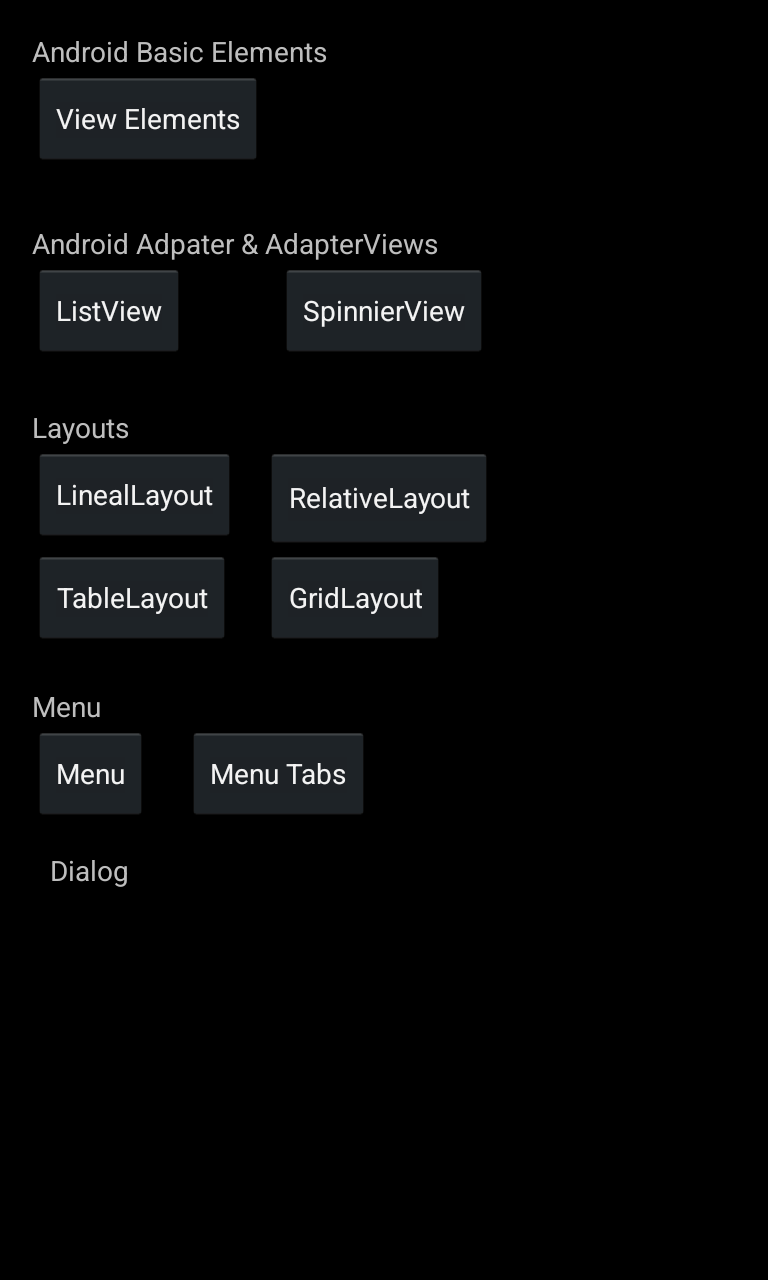
Repository: Amir13/Android_Basic_Steps
Layout: ViewElements/res/layout/activity_main_menu.xml
These files come from the project's save history. The layout is drawn as it stood at one moment and after the next save; the edit follows.
It is drawn on a 768 x 1280 px phone screen (xhdpi) without system bars, with theme android:Theme.Holo; the app's code is not run.

Above is the layout before, as saved 2014-05-27 04:32:59.

### ViewElements/res/layout/activity_main_menu.xml
<RelativeLayout xmlns:android="http://schemas.android.com/apk/res/android"
    xmlns:tools="http://schemas.android.com/tools"
    android:layout_width="match_parent"
    android:layout_height="match_parent"
    android:paddingBottom="@dimen/activity_vertical_margin"
    android:paddingLeft="@dimen/activity_horizontal_margin"
    android:paddingRight="@dimen/activity_horizontal_margin"
    android:paddingTop="@dimen/activity_vertical_margin"
    tools:context=".MainMenuActivity" >

    <TextView
        android:id="@+id/textView1"
        android:layout_width="wrap_content"
        android:layout_height="wrap_content"
        android:text="@string/viewElements" />

    <TextView
        android:id="@+id/textView2"
        android:layout_width="wrap_content"
        android:layout_height="wrap_content"
        android:layout_alignParentLeft="true"
        android:layout_below="@+id/buttonViewElements"
        android:layout_marginTop="29dp"
        android:text="@string/groupsView" />

    <Button
        android:id="@+id/buttonViewGroups"
        style="?android:attr/buttonStyleSmall"
        android:layout_width="wrap_content"
        android:layout_height="wrap_content"
        android:layout_alignParentLeft="true"
        android:layout_below="@+id/textView2"
        android:text="@string/buttonListView" />

    <Button
        android:id="@+id/buttonSpinnerViewGroup"
        style="?android:attr/buttonStyleSmall"
        android:layout_width="wrap_content"
        android:layout_height="wrap_content"
        android:layout_alignBaseline="@+id/buttonViewGroups"
        android:layout_alignBottom="@+id/buttonViewGroups"
        android:layout_centerHorizontal="true"
        android:text="@string/spinnierView" />

    <Button
        android:id="@+id/buttonViewElements"
        style="?android:attr/buttonStyleSmall"
        android:layout_width="wrap_content"
        android:layout_height="wrap_content"
        android:layout_alignParentLeft="true"
        android:layout_below="@+id/textView1"
        android:text="@string/buttonViewElements" />

    <TextView
        android:id="@+id/textView3"
        android:layout_width="wrap_content"
        android:layout_height="wrap_content"
        android:layout_alignLeft="@+id/buttonViewGroups"
        android:layout_below="@+id/buttonViewGroups"
        android:layout_marginTop="25dp"
        android:text="@string/layoutType" />

    <Button
        android:id="@+id/buttonLinealLayout"
        style="?android:attr/buttonStyleSmall"
        android:layout_width="wrap_content"
        android:layout_height="wrap_content"
        android:layout_alignLeft="@+id/textView3"
        android:layout_below="@+id/textView3"
        android:text="@string/LinealLayout" />

    <Button
        android:id="@+id/buttonRelativeLayout"
        style="?android:attr/buttonStyleSmall"
        android:layout_width="wrap_content"
        android:layout_height="wrap_content"
        android:layout_alignTop="@+id/buttonLinealLayout"
        android:layout_toRightOf="@+id/buttonViewElements"
        android:lines="2"
        android:text="@string/RelativeLayout" />

    <Button
        android:id="@+id/buttonTableLayout"
        style="?android:attr/buttonStyleSmall"
        android:layout_width="wrap_content"
        android:layout_height="wrap_content"
        android:layout_alignLeft="@+id/buttonLinealLayout"
        android:layout_below="@+id/buttonRelativeLayout"
        android:text="@string/TableLayout" />

    <Button
        android:id="@+id/buttonGridLayout"
        style="?android:attr/buttonStyleSmall"
        android:layout_width="wrap_content"
        android:layout_height="wrap_content"
        android:layout_alignBaseline="@+id/buttonTableLayout"
        android:layout_alignBottom="@+id/buttonTableLayout"
        android:layout_alignLeft="@+id/buttonRelativeLayout"
        android:text="@string/GridLayout" />

    <TextView
        android:id="@+id/textView4"
        android:layout_width="wrap_content"
        android:layout_height="wrap_content"
        android:layout_alignLeft="@+id/buttonTableLayout"
        android:layout_below="@+id/buttonTableLayout"
        android:layout_marginTop="21dp"
        android:text="@string/menu" />

    <Button
        android:id="@+id/buttonMenu"
        style="?android:attr/buttonStyleSmall"
        android:layout_width="wrap_content"
        android:layout_height="wrap_content"
        android:layout_alignLeft="@+id/textView4"
        android:layout_below="@+id/textView4"
        android:text="@string/menu" />

    <Button
        android:id="@+id/buttonMenuTabs"
        style="?android:attr/buttonStyleSmall"
        android:layout_width="wrap_content"
        android:layout_height="wrap_content"
        android:layout_alignBaseline="@+id/buttonMenu"
        android:layout_alignBottom="@+id/buttonMenu"
        android:layout_toRightOf="@+id/buttonViewGroups"
        android:text="@string/menu_tabs" />

    <TextView
        android:id="@+id/textDialog"
        android:layout_width="wrap_content"
        android:layout_height="wrap_content"
        android:layout_alignRight="@+id/textView3"
        android:layout_below="@+id/buttonMenu"
        android:layout_marginTop="15dp"
        android:text="@string/dialog" />

</RelativeLayout>

### ViewElements/res/values/strings.xml
<?xml version="1.0" encoding="utf-8"?>
<resources>

    <string name="app_name">Android Elements</string>

    <string-array name="Titles">
        <item>Just quotes</item>
        <item>Button &amp; Toggle button</item>
        <item>Checkbox &amp; Ratting Bar</item>
        <item>AutoCompleteTextView</item>
        <item>RadioGroup</item>
    </string-array>
    <string-array name="Quotes">
        <item>The menu was made with frames and the following options who the basic elements.</item>
        <item>As flies to wanton boys, are we to the gods; they kill us for their sport.</item>
        <item>There is a tide in the affairs of men, which taken at the flood, leads on to fortune. Omitted, all the voyage of their life is bound in shallows and in miseries.</item>
    </string-array>
    <string-array name="colors">
        <item>red</item>
        <item>orange</item>
        <item>yellow</item>
        <item>green</item>
        <item>blue</item>
        <item>indigo</item>
        <item>violet</item>
        <item>aqua</item>
        <item>black</item>
        <item>fuchsia</item>
        <item>gray</item>
        <item>grey</item>
        <item>lime</item>
        <item>maroon</item>
        <item>navy</item>
        <item>olive</item>
        <item>purple</item>
        <item>silver</item>
        <item>teal</item>
        <item>white</item>
    </string-array>

    <string name="button">Button</string>
    <string name="title_activity_invoking">InvokingActivity</string>
    <string name="menu_agenda">Agenda </string>
    <string name="menu_directions">Direction </string>
    <string name="menu_submenu">Submenu </string>
    <string name="submenu_opc1">Submenu 1 </string>
    <string name="menu_actionbar">ActionBar</string>
    <string name="submenu_actionbar">Submenu ActionBar</string>
    <string name="second_activity">This activity was invoked by a button!!</string>
    <string name="togglebutton">ToggleButton</string>
    <string name="checkbox">CheckBox Example</string>
    <string name="textview">Type a Country:</string>
    <string name="title_activity_list_view">ListView</string>
    <string name="viewElements">Android Basic Elements</string>
    <string name="groupsView">Android Adpater &amp; AdapterViews</string>
    <string name="title_activity_spinner_vg">SpinnerVG</string>
    <string name="spinner">Pick a Color. Any Color.</string>
    <string name="title_activity_main_menu">Android Elements</string>
    <string name="buttonViewElements">View Elements</string>
    <string name="buttonListView">ListView</string>
    <string name="spinnierView">SpinnierView</string>
    <string name="layoutType">Layouts</string>
    <string name="title_activity_lineal_layout">LinealLayoutActivity</string>
    <string name="hello_world">Hello world!</string>
    <string name="menu_description">Press and Hold this message to show the Context Menu</string>
    <string name="menu_description2">Push the menu button to display the second menu.</string>
    <string name="menu_description3">The ActionBar appear using "android:showAsAction="ifRoom|withText"". Rotate to portrait mode to see the difference.</string>
    <string name="LinealLayout">LinealLayout</string>
    <string name="RelativeLayout">RelativeLayout</string>
    <string name="title_activity_relative_layout">RelativeLayoutActivity</string>
    <string name="relativeLayoutDescription">In the RelativeLayout the elemetnts are arreged according the position of the other elements.</string>
    <string name="TableLayout">TableLayout</string>
    <string name="GridLayout">GridLayout</string>
    <string name="title_activity_table_layout">TableLayoutActivity</string>
    <string name="tableLayoutDescription">This layout is formed by &lt;TableRow> and inside each element define the column of its position. android:layout_column="1"</string>
    <string name="title_activity_grid_layout">GridLayoutActivity</string>
    <string name="title_activity_menu">MenuActivity</string>
    <string name="action_settings">Settings</string>
    <string name="menu">Menu</string>
    <string name="menu_context">Context Menu</string>
    <string name="menu_context_op1">Context Option 1</string>
    <string name="menu_context_op2">Context Option 2</string>
    <string name="menu_context_op3">Context Option 3</string>
    <string name="menu_fragment">fragment</string>
    <string name="menu_tabs">Menu Tabs</string>
    <string name="title_activity_manu_activity_tabs">ManuActivityTabs</string>
    <string name="dialog">Dialog</string>

</resources>

Loaded but not shown: ViewElements/res/values/dimens.xml (common file)

After the next save:
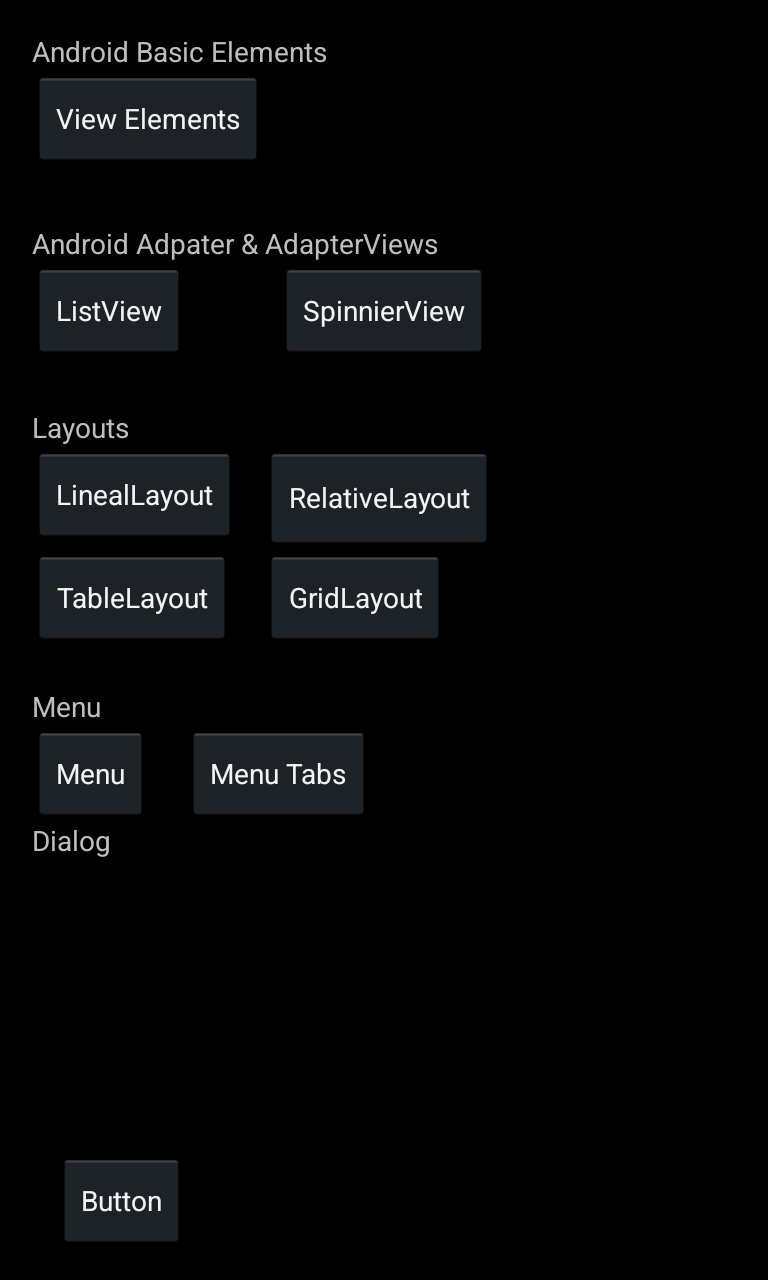
Saved 18 s later.
--- a/ViewElements/res/layout/activity_main_menu.xml
+++ b/ViewElements/res/layout/activity_main_menu.xml
@@ -130,9 +130,17 @@
         android:id="@+id/textDialog"
         android:layout_width="wrap_content"
         android:layout_height="wrap_content"
-        android:layout_alignRight="@+id/textView3"
+        android:layout_alignLeft="@+id/buttonMenu"
         android:layout_below="@+id/buttonMenu"
-        android:layout_marginTop="15dp"
         android:text="@string/dialog" />
 
+    <Button
+        android:id="@+id/button1"
+        style="?android:attr/buttonStyleSmall"
+        android:layout_width="wrap_content"
+        android:layout_height="wrap_content"
+        android:layout_alignParentBottom="true"
+        android:layout_alignRight="@+id/buttonViewGroups"
+        android:text="Button" />
+
 </RelativeLayout>
